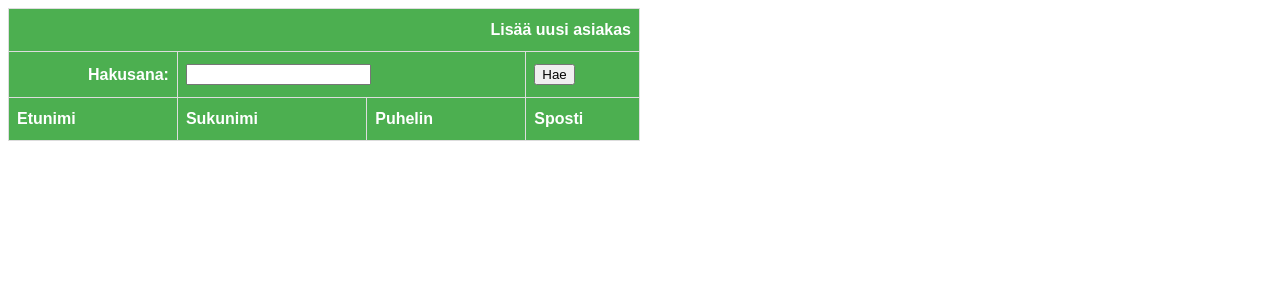
Repository: Lateh13/Asiakkaat
Page: http://localhost/Asiakkaat/listaaasiakkaat.jsp
These files come from the project's save history. The page is drawn as it stood at one moment and after the next save; the edit follows.
The browser window is 1280 px wide. The pictures show the whole page.
The page is served by Tomcat 9. Other server files are loaded and not shown. Queries for data that is not in the repository find no rows.

Above is the page before, as saved 2020-04-29 16:11:58.

### Asiakkaat/WebContent/listaaasiakkaat.jsp
<%@ page language="java" contentType="text/html; charset=ISO-8859-1"
    pageEncoding="ISO-8859-1"%>
<!DOCTYPE html>
<html>
<head>
<meta charset="ISO-8859-1">
<script src="https://ajax.googleapis.com/ajax/libs/jquery/3.4.1/jquery.min.js"></script>
<link rel="stylesheet" type="text/css" href="css/main.css">
<title>Asiakkaat</title>
</head>
<body>
<table id="listaus">
	<thead>
		<tr>
			<th colspan="4" class="oikealle"><span id="uusiAsiakas">Lisää uusi asiakas</span></th>
		</tr>
		<tr>
			<th class="oikealle">Hakusana:</th>
			<th colspan="2"><input type="text" name="haku" id="haettava" size="20"></th>
			<th><input type="submit" value="Hae" id="hakunappi"></th>
		</tr>
  		<tr>
	    	<th>Etunimi</th>
	    	<th>Sukunimi</th>
	    	<th>Puhelin</th>
	   		<th>Sposti</th>
	   	</tr>
	</thead>
	<tbody>
	</tbody>
</table>
<script>
$(document).ready(function() {
	haeAsiakkaat();

	$("#uusiAsiakas").click(function() {
		document.location="lisaaasiakas.jsp";
	});

	$("#hakunappi").click(function() {
		haeAsiakkaat();

	});
	$(document.body).on("keydown", function(event) {
		if(event.which == 13) {
			haeAsiakkaat();
		}
	});
});

function haeAsiakkaat() {
	$("#listaus tbody").empty();
	$.ajax({url:"asiakkaat/"+$("#haettava").val(), type:"GET", dataType:"json", success:function(result) {
		$.each(result.asiakkaat, function(i, field) {
			var htmlStr;
			htmlStr+="<tr>";
			htmlStr+="<td>"+field.etunimi+"</td>";
			htmlStr+="<td>"+field.sukunimi+"</td>";
			htmlStr+="<td>"+field.puhelin+"</td>";
			htmlStr+="<td>"+field.sposti+"</td>";
			htmlStr+="</tr>";
			$("#listaus tbody").append(htmlStr);
		});
	}});
};

</script>
</body>
</html>

### Asiakkaat/WebContent/css/main.css
@charset "ISO-8859-1";
table {
	border-collapse: collapse;
	width: 50%;
	font-family: Arial, Helvetica, sans-serif;
}

table td, table th {
  border: 1px solid #ddd;
  padding: 8px;
}

table tbody tr:nth-child(even){
	background-color: #f2f2f2;
}

table tbody tr:hover {
	background-color: #ddd;
}

table th {
  padding-top: 12px;
  padding-bottom: 12px;
  text-align: left;
  background-color: #4CAF50;
  color: white;
}

.poista{
	color: red;
	text-decoration: underline;
	cursor: pointer;
}

.oikealle{
	text-align: right;

}

#uusiAuto, #takaisin{
	color: white;
	cursor: pointer;
}

### Asiakkaat/src/control/Asiakkaat.java
package control;

import java.io.IOException;
import java.io.PrintWriter;
import java.util.ArrayList;
import javax.servlet.ServletException;
import javax.servlet.annotation.WebServlet;
import javax.servlet.http.HttpServlet;
import javax.servlet.http.HttpServletRequest;
import javax.servlet.http.HttpServletResponse;
import model.Asiakas;
import model.dao.Dao;
import org.json.JSONObject;


@WebServlet("/asiakkaat/*")
public class Asiakkaat extends HttpServlet {
	private static final long serialVersionUID = 1L;

    public Asiakkaat() {
        super();
        System.out.println("Asiakkaat.Asiakkaat()");
    }

	protected void doGet(HttpServletRequest request, HttpServletResponse response) throws ServletException, IOException {
		System.out.println("Asiakkaat.doGet()");
		String pathInfo = request.getPathInfo();
		String hakusana = pathInfo.replace("/", "");
		Dao dao = new Dao();
		ArrayList<Asiakas> asiakkaat = dao.listaaKaikki(hakusana);
		System.out.println(asiakkaat);
		String strJSON = new JSONObject().put("asiakkaat", asiakkaat).toString();
		response.setContentType("application/json");
		PrintWriter out = response.getWriter();
		out.println(strJSON);
	}

	protected void doPost(HttpServletRequest request, HttpServletResponse response) throws ServletException, IOException {
		System.out.println("Asiakkaat.doPost()");
		JSONObject jsonObj = new JsonStrToObj().convert(request);
		Asiakas asiakas = new Asiakas();
		asiakas.setEtunimi(jsonObj.getString("etunimi"));
		asiakas.setSukunimi(jsonObj.getString("sukunimi"));
		asiakas.setPuhelin(jsonObj.getString("puhelin"));
		asiakas.setSposti(jsonObj.getString("sposti"));
		response.setContentType("application/json");
		PrintWriter out = response.getWriter();
		Dao dao = new Dao();
		if (dao.lisaaAsiakas(asiakas)) {
			out.println("{\"response\":1}");
		} else {
			out.println("{\"response\":0}");
		}
	}

	protected void doPut(HttpServletRequest request, HttpServletResponse response) throws ServletException, IOException {
		System.out.println("Asiakkaat.doPut()");
	}

	protected void doDelete(HttpServletRequest request, HttpServletResponse response) throws ServletException, IOException {
		System.out.println("Asiakkaat.do()");
	}
}

### Asiakkaat/src/model/dao/Dao.java
package model.dao;

import java.sql.Connection;
import java.sql.DriverManager;
import java.sql.PreparedStatement;
import java.sql.ResultSet;
import java.util.ArrayList;
import model.Asiakas;

public class Dao {
	private Connection connection = null;
	private ResultSet rs = null;
	private PreparedStatement stmtPrep = null;
	private String sql;
	private String db = "Myynti.sqlite";

	private Connection yhdista() {
		Connection connection = null;
		String path = System.getProperty("catalina.base");
		path += "/webapps/";
		String url = "jdbc:sqlite:" + path + db;
		try {
			Class.forName("org.sqlite.JDBC");
			connection = DriverManager.getConnection(url);
			System.out.println("Yhteys avattu.");
		} catch (Exception e) {
			System.out.println("Yhteyden avaaminen epäonnistui.");
			e.printStackTrace();
		}
		return connection;
	}

	public ArrayList<Asiakas> listaaKaikki() {
		ArrayList<Asiakas> asiakkaat = new ArrayList<Asiakas>();
		sql = "SELECT * FROM asiakkaat";
		try {
			connection = yhdista();
			if (connection != null) {
				stmtPrep = connection.prepareStatement(sql);
				rs = stmtPrep.executeQuery();
				if (rs != null) {
					while(rs.next()) {
						Asiakas asiakas = new Asiakas();
						asiakas.setId(rs.getInt(1));
						asiakas.setEtunimi(rs.getString(2));
						asiakas.setSukunimi(rs.getString(3));
						asiakas.setPuhelin(rs.getString(4));
						asiakas.setSposti(rs.getString(5));
						asiakkaat.add(asiakas);
					}
				}
			}
			connection.close();
		} catch (Exception e) {
			e.printStackTrace();
		}
		return asiakkaat;
	}

	public ArrayList<Asiakas> listaaKaikki(String haku) {
		ArrayList<Asiakas> asiakkaat = new ArrayList<Asiakas>();
		sql = "SELECT * FROM asiakkaat WHERE etunimi LIKE ? OR sukunimi LIKE ? OR puhelin LIKE ? or sposti LIKE ?";
		try {
			connection = yhdista();
			if (connection != null) {
				stmtPrep = connection.prepareStatement(sql);
				stmtPrep.setString(1, "%" + haku +"%");
				stmtPrep.setString(2, "%" + haku +"%");
				stmtPrep.setString(3, "%" + haku +"%");
				stmtPrep.setString(4, "%" + haku +"%");
				rs = stmtPrep.executeQuery();
				if (rs != null) {
					while(rs.next()) {
						Asiakas asiakas = new Asiakas();
						asiakas.setId(rs.getInt(1));
						asiakas.setEtunimi(rs.getString(2));
						asiakas.setSukunimi(rs.getString(3));
						asiakas.setPuhelin(rs.getString(4));
						asiakas.setSposti(rs.getString(5));
						asiakkaat.add(asiakas);
					}
				}
			}
			connection.close();
		} catch (Exception e) {
			e.printStackTrace();
		}
		return asiakkaat;
	}

	public boolean lisaaAsiakas(Asiakas asiakas) {
		boolean paluuArvo = true;
		sql = "INSERT INTO asiakkaat VALUES(?,?,?,?)";
		try {
			connection = yhdista();
			stmtPrep = connection.prepareStatement(sql);
			stmtPrep.setString(1, asiakas.getEtunimi());
			stmtPrep.setString(2, asiakas.getSukunimi());
			stmtPrep.setString(3, asiakas.getPuhelin());
			stmtPrep.setString(4, asiakas.getSposti());
			stmtPrep.executeUpdate();
			connection.close();
		} catch (Exception e) {
			e.printStackTrace();
			paluuArvo = false;
		}
		return paluuArvo;
	}
}

After the next save:
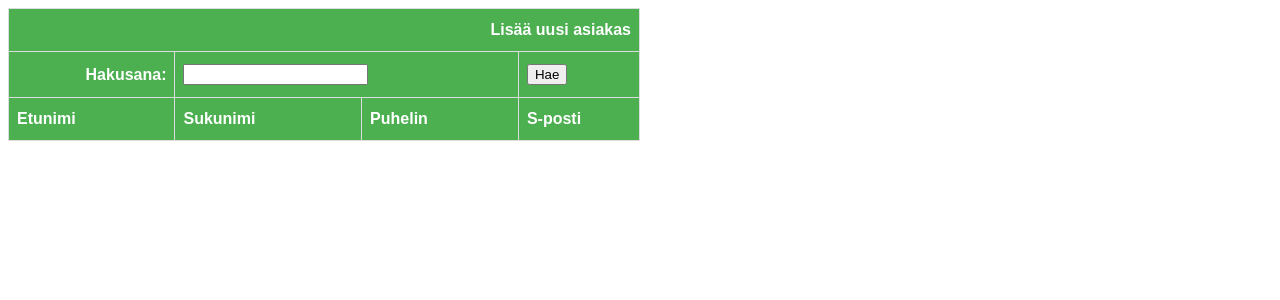
Saved 2 s later.
--- a/Asiakkaat/WebContent/listaaasiakkaat.jsp
+++ b/Asiakkaat/WebContent/listaaasiakkaat.jsp
@@ -23,7 +23,7 @@
 	    	<th>Etunimi</th>
 	    	<th>Sukunimi</th>
 	    	<th>Puhelin</th>
-	   		<th>Sposti</th>
+	   		<th>S-posti</th>
 	   	</tr>
 	</thead>
 	<tbody>
